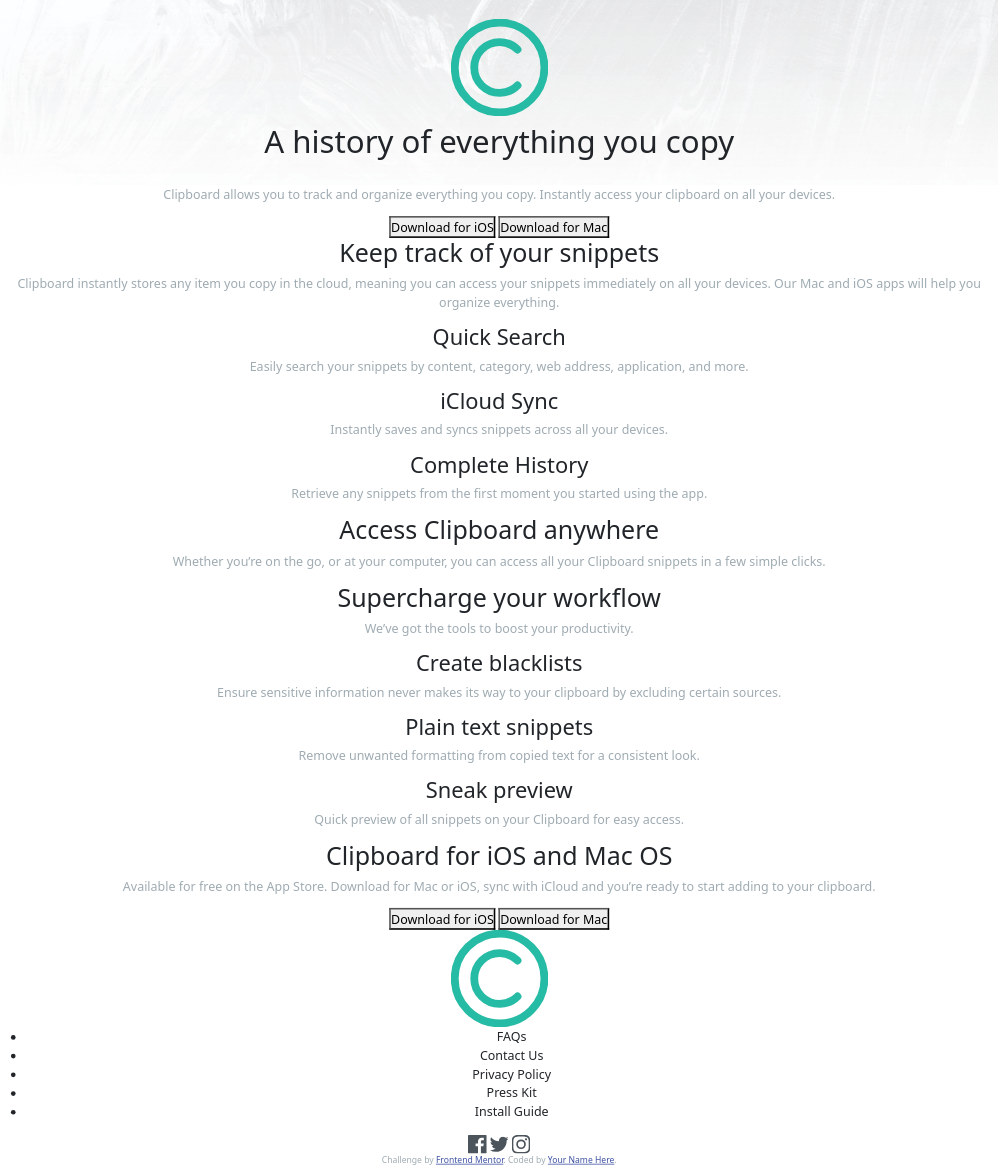
Repository: blordeus/clipboard-landing-page-master
Page: index.html
These files come from the project's save history. The page is drawn as it stood at one moment and after the next save; the edit follows.
The browser window is 1280 px wide. The pictures show the whole page, at 78% of full size.
Some web fonts or font styles are not loaded; a fallback is used. The style sheet was rebuilt from its Sass, Less or Tailwind sources for each picture, by a compiler version that may differ from the author's.

Above is the page before, as saved 2023-09-04 11:20:18.

After the next save:
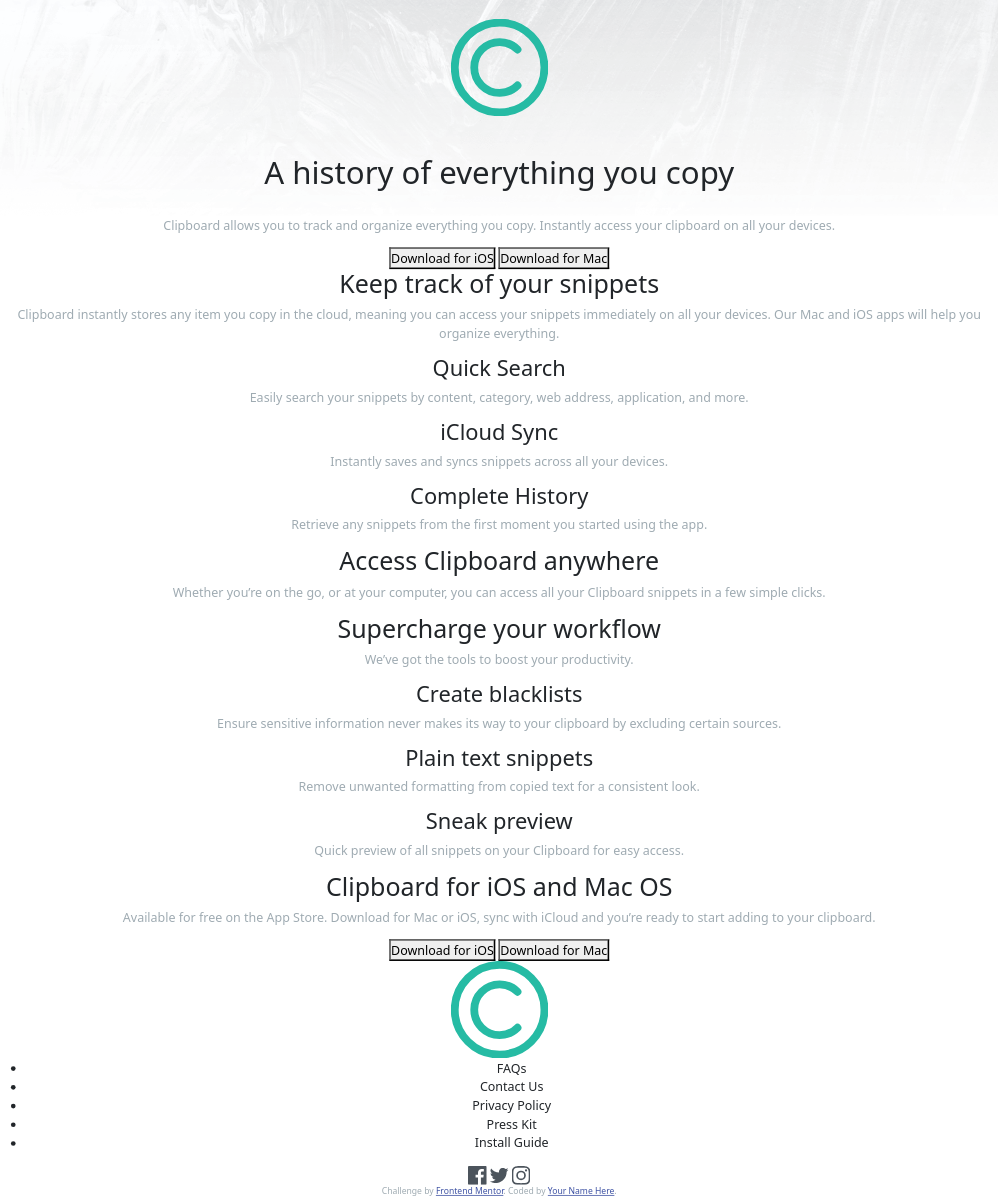
Saved 8 s later.
--- a/index.html
+++ b/index.html
@@ -14,7 +14,7 @@
 <main class="text-center">
     <header class="background py-4">
       <img src="./images/logo.svg" alt="">
-      <h1 class="mt-2">A history of everything you copy</h1>
+      <h1 class="mt-5">A history of everything you copy</h1>
     </header>
 
     <p>
